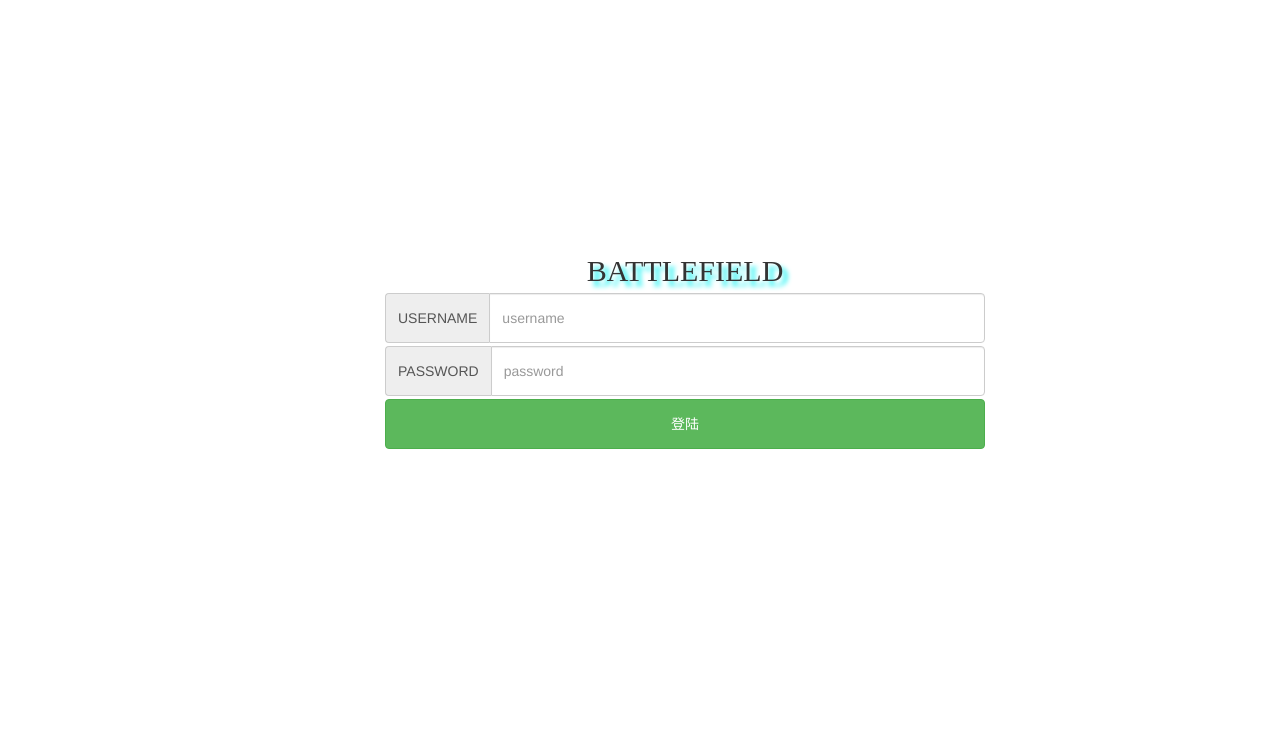
Repository: Tuzijing/Battlefield
Page: http://localhost/static/views/login/login.php
The author's editor kept a copy of each file at every save. The page is drawn from the files as they stood at one save, then again after the next save.
The browser window is 1280 px wide. The pictures show the whole page.
The page is run by PHP 8.4 with error messages shown; the project is at /var/www/html/.

Above is the page before, as saved 2018-07-11 16:23:32.

After the next save:
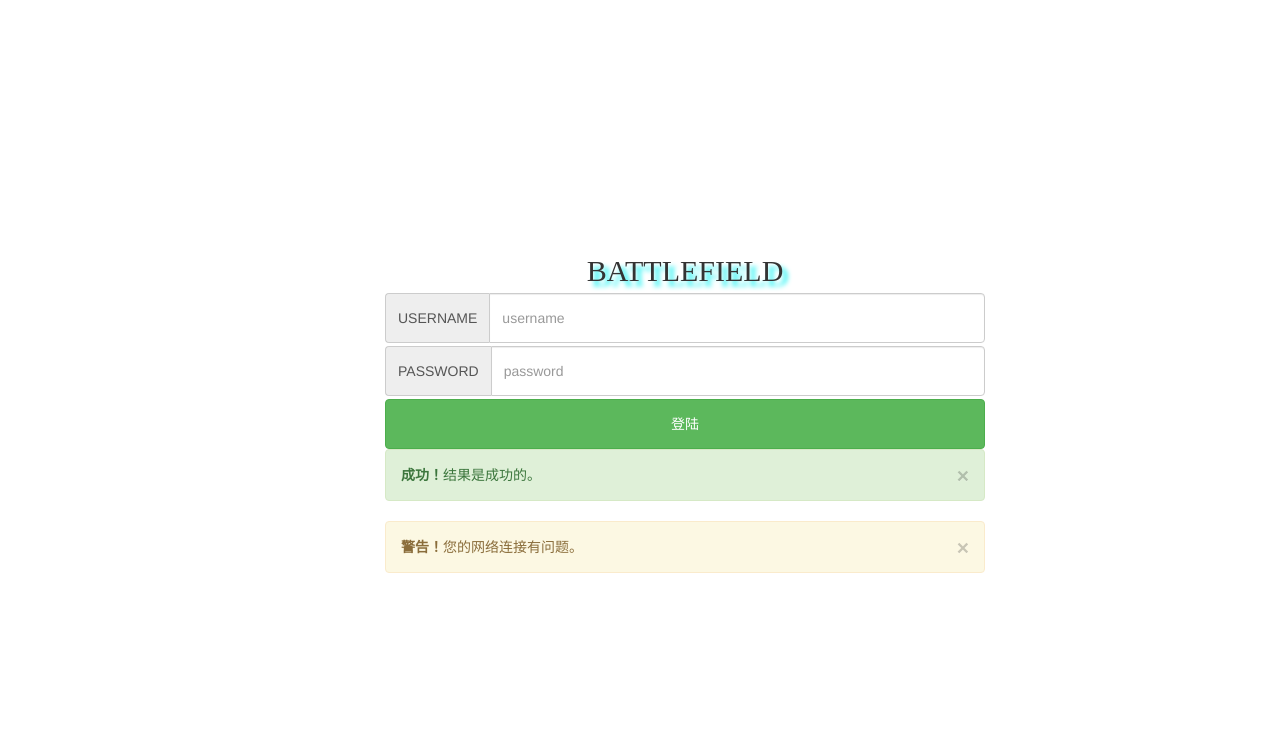
Saved 6 s later.
--- a/BattlefieldWebP/static/views/login/login.php
+++ b/BattlefieldWebP/static/views/login/login.php
@@ -44,7 +44,14 @@
 						<button type="button" id="login_btn" class="btn btn-success">登陆</button>
 					</div>
 					<div id="login_msg">
-
+						<div id="myAlert" class="alert alert-success">
+	<a href="#" class="close" data-dismiss="alert">&times;</a>
+	<strong>成功！</strong>结果是成功的。
+</div>
+<div id="myAlert" class="alert alert-warning">
+	<a href="#" class="close" data-dismiss="alert">&times;</a>
+	<strong>警告！</strong>您的网络连接有问题。
+</div>
 					</div>
 				</form>
 			</div>
